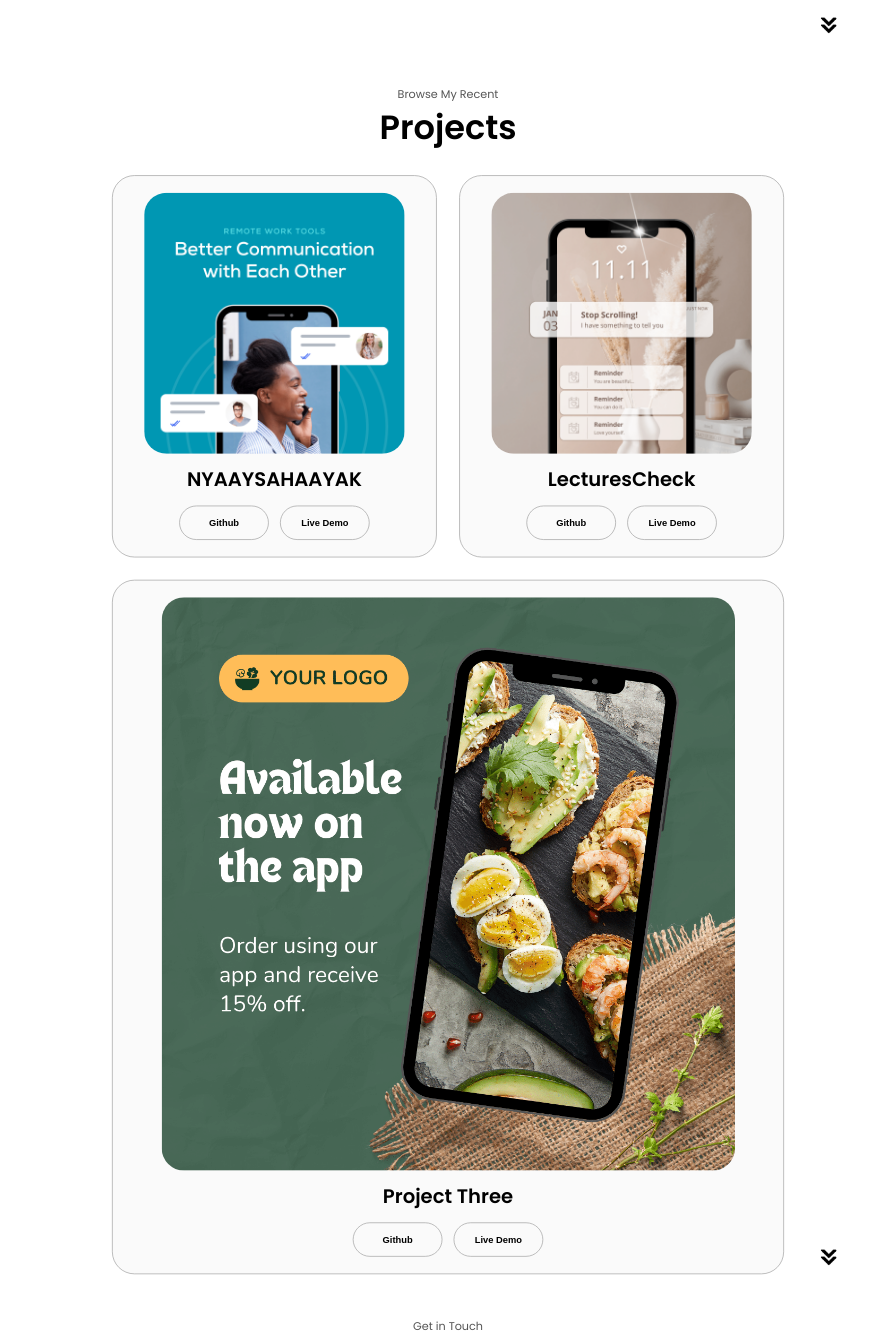
Repository: ARUN-YERRAM/ARUN-YERRAM-PORTFOLIO
Page: portfolio/index.html
The author's editor kept a copy of each file at every save. The page is drawn from the files as they stood at one save, then again after a run of saves.
The browser window is 1280 px wide. The pictures show the part of the page from y = 2106 to 4026 px (the page is 4425 px tall before and 3282 px after), at 70% of full size.

Above is the page before, as saved 2024-07-07 04:06:59.

### portfolio/index.html
<!DOCTYPE html>
<html lang="en">
  <head>
    <meta charset="UTF-8" />
    <meta http-equiv="X-UA-Compatible" content="IE=edge" />
    <meta name="viewport" content="width=device-width, initial-scale=1.0" />
    <title>My Portfolio</title>
    <link rel="stylesheet" href="style.css" />
    <link rel="stylesheet" href="mediaqueries.css" />
  </head>
  <body>
    <nav id="desktop-nav">
      <div class="logo">ARUN YERRAM</div>
      <div>
        <ul class="nav-links">
          <li><a href="#about">About</a></li>
          <li><a href="#experience">Experience</a></li>
          <li><a href="#projects">Projects</a></li>
          <li><a href="#contact">Contact</a></li>
        </ul>
      </div>
    </nav>
    <nav id="hamburger-nav">
      <div class="logo">ARUN YERRAM</div>
      <div class="hamburger-menu">
        <div class="hamburger-icon" onclick="toggleMenu()">
          <span></span>
          <span></span>
          <span></span>
        </div>
        <div class="menu-links">
          <li><a href="#about" onclick="toggleMenu()">About</a></li>
          <li><a href="#experience" onclick="toggleMenu()">Experience</a></li>
          <li><a href="#projects" onclick="toggleMenu()">Projects</a></li>
          <li><a href="#contact" onclick="toggleMenu()">Contact</a></li>
        </div>
      </div>
    </nav>
    <section id="profile">
      <div class="section__pic-container">
        <img src="./assets/profile-pic.png" alt="John Doe profile picture" />
      </div>
      <div class="section__text">
        <p class="section__text__p1">Hello, I'm</p>
        <h1 class="title">ARUN YERRAM</h1>
        <p class="section__text__p2">Frontend Developer</p>
        <div class="btn-container">
          <button
            class="btn btn-color-2"
            onclick="window.open('./assets/resume-example.pdf')"
          >
            Download CV
          </button>
          <button class="btn btn-color-1" onclick="location.href='./#contact'">
            Contact Info
          </button>
        </div>
        <div id="socials-container">
          <img
            src="./assets/linkedin.png"
            alt="My LinkedIn profile"
            class="icon"
            onclick="window.open('https://www.linkedin.com/in/arun-yerram/','_blank')"
          />
          <img
            src="./assets/github.png"
            alt="My Github profile"
            class="icon"
            onclick="location.href='https://github.com/ARUN-YERRAM?tab=repositories'"
          />
        </div>
      </div>
    </section>
    <section id="about">
      <p class="section__text__p1">Get To Know More</p>
      <h1 class="title">About Me</h1>
      <div class="section-container">
        <div class="section__pic-container">
          <img
            src="./assets/Photo1.jpg"
            alt="Profile picture"
            class="about-pic"
          />
        </div>
        <div class="about-details-container">
          <div class="about-containers">
            <div class="details-container">
              <img
                src="./assets/experience.png"
                alt="Experience icon"
                class="icon"
              />
              <h3>Experience</h3>
              <p>2+ years <br />Full Stack Development</p>
            </div>
            <div class="details-container">
              <img
                src="./assets/education.png"
                alt="Education icon"
                class="icon"
              />
              <h3>Education</h3>
              <p>Pursing B.Tech (Bachelors Degree) From Keshav Memorial Institute of Technology <br /></p>
            </div>
          </div>
          <div class="text-container">
            <p>
              I am having keen interest in Problem Solving ,Web Development and eager to learn Data Science and Explore various Tech field.
            </p>
          </div>
        </div>
      </div>
      <img
        src="./assets/arrow.png"
        alt="Arrow icon"
        class="icon arrow"
        onclick="location.href='./#experience'"
      />
    </section>
    <section id="experience">
      <p class="section__text__p1">Explore My</p>
      <h1 class="title">Experience</h1>
      <div class="experience-details-container">
        <div class="about-containers">
          <div class="details-container">
            <h2 class="experience-sub-title">Frontend Development</h2>
            <div class="article-container">
              <article>
                <img
                  src="./assets/checkmark.png"
                  alt="Experience icon"
                  class="icon"
                />
                <div>
                  <h3>HTML</h3>
                  <p>Experienced</p>
                </div>
              </article>
              <article>
                <img
                  src="./assets/checkmark.png"
                  alt="Experience icon"
                  class="icon"
                />
                <div>
                  <h3>CSS</h3>
                  <p>Experienced</p>
                </div>
              </article>
              <article>
                <img
                  src="./assets/checkmark.png"
                  alt="Experience icon"
                  class="icon"
                />
                <div>
                  <h3>JS</h3>
                  <p>Intermediate</p>
                </div>
              </article>
              <article>
                <img
                  src="./assets/checkmark.png"
                  alt="Experience icon"
                  class="icon"
                />
                <div>
                  <h3>React</h3>
                  <p>Intermediate</p>
                </div>
              </article>
              <article>
                <img
                  src="./assets/checkmark.png"
                  alt="Experience icon"
                  class="icon"
                />
                <div>
                  <h3>MongoDb</h3>
                  <p>Intermediate</p>
                </div>
              </article>
              <article>
                <article>
                  <img
                    src="./assets/checkmark.png"
                    alt="Experience icon"
                    class="icon"
                  />
                  <div>
                    <h3>Node JS</h3>
                    <p>Intermediate</p>
                  </div>
                </article>

                <article>
                  <img
                    src="./assets/checkmark.png"
                    alt="Experience icon"
                    class="icon"
                  />
                  <div>
                    <h3>Express JS</h3>
                    <p>Intermediate</p>
                  </div>
                </article>
                <article>
                <article>
                <img
                  src="./assets/checkmark.png"
                  alt="Experience icon"
                  class="icon"
                />
                <div>
                  <h3>Git && Github</h3>
                  <p>Intermediate</p>
                </div>
              </article>
            </div>
          </div>
          <div class="details-container">
            <h2 class="experience-sub-title">DSA and Languages</h2>
            <div class="article-container">
              <article>
                <img
                  src="./assets/checkmark.png"
                  alt="Experience icon"
                  class="icon"
                />
                <div>
                  <h3>CPP</h3>
                  <p>Intermediate</p>
                </div>
              </article>
              <article>
                <img
                  src="./assets/checkmark.png"
                  alt="Experience icon"
                  class="icon"
                />
                <div>
                  <h3>Python</h3>
                  <p>Intermediate</p>
                </div>
              </article>

              <article>
                <img
                  src="./assets/checkmark.png"
                  alt="Experience icon"
                  class="icon"
                />
                <div>
                  <h3>Java</h3>
                  <p>Intermediate</p>
                </div>
              </article>
            </div>
          </div>
        </div>
      </div>
      <img
        src="./assets/arrow.png"
        alt="Arrow icon"
        class="icon arrow"
        onclick="location.href='./#projects'"
      />
    </section>
    <section id="projects">
      <p class="section__text__p1">Browse My Recent</p>
      <h1 class="title">Projects</h1>
      <div class="experience-details-container">
        <div class="about-containers">
          <div class="details-container color-container">
            <div class="article-container">
              <img
                src="./assets/project-1.png"
                alt="Project 1"
                class="project-img"
              />
            </div>
            <h2 class="experience-sub-title project-title">NYAAYSAHAAYAK</h2>
            <div class="btn-container">
              <button
                class="btn btn-color-2 project-btn"
                onclick="location.href='https://github.com/ARUN-YERRAM/NYAAYSAHAAYAK'"
              >
                Github
              </button>
              <button
                class="btn btn-color-2 project-btn"
                onclick="location.href=''"
              >
                Live Demo
              </button>
            </div>
          </div>
          <div class="details-container color-container">
            <div class="article-container">
              <img
                src="./assets/project-2.png"
                alt="Project 2"
                class="project-img"
              />
            </div>
            <h2 class="experience-sub-title project-title">LecturesCheck</h2>
            <div class="btn-container">
              <button
                class="btn btn-color-2 project-btn"
                onclick="location.href='https://github.com/ARUN-YERRAM/LecturesCheck'"
              >
                Github
              </button>
              <button
                class="btn btn-color-2 project-btn"
                onclick="location.href=''"
              >
                Live Demo
              </button>
            </div>
          </div>
          <div class="details-container color-container">
            <div class="article-container">
              <img
                src="./assets/project-3.png"
                alt="Project 3"
                class="project-img"
              />
            </div>
            <h2 class="experience-sub-title project-title">Project Three</h2>
            <div class="btn-container">
              <button
                class="btn btn-color-2 project-btn"
                onclick="location.href='https://github.com/'"
              >
                Github
              </button>
              <button
                class="btn btn-color-2 project-btn"
                onclick="location.href='https://github.com/'"
              >
                Live Demo
              </button>
            </div>
          </div>
        </div>
      </div>
      <img
        src="./assets/arrow.png"
        alt="Arrow icon"
        class="icon arrow"
        onclick="location.href='./#contact'"
      />
    </section>
    <section id="contact">
      <p class="section__text__p1">Get in Touch</p>
      <h1 class="title">Contact Me</h1>
      <div class="contact-info-upper-container">
        <div class="contact-info-container">
          <img
            src="./assets/email.png"
            alt="Email icon"
            class="icon contact-icon email-icon"
          />
          <p><a href="mailto:examplemail@gmail.com">Example@gmail.com</a></p>
        </div>
        <div class="contact-info-container">
          <img
            src="./assets/linkedin.png"
            alt="LinkedIn icon"
            class="icon contact-icon"
          />
          <p><a href="https://www.linkedin.com">LinkedIn</a></p>
        </div>
      </div>
    </section>
    <footer>
      <nav>
        <div class="nav-links-container">
          <ul class="nav-links">
            <li><a href="#about">About</a></li>
            <li><a href="#experience">Experience</a></li>
            <li><a href="#projects">Projects</a></li>
            <li><a href="#contact">Contact</a></li>
          </ul>
        </div>
      </nav>
      <p>Copyright &#169; 2023 John Doe. All Rights Reserved.</p>
    </footer>
    <script src="script.js"></script>
  </body>
</html>

### portfolio/style.css
/* GENERAL */

@import url("https://fonts.googleapis.com/css2?family=Poppins:wght@300;400;500;600&display=swap");

* {
  margin: 0;
  padding: 0;
}

body {
  font-family: "Poppins", sans-serif;
}

html {
  scroll-behavior: smooth;
}

p {
  color: rgb(85, 85, 85);
}

/* TRANSITION */

a,
.btn {
  transition: all 300ms ease;
}

/* DESKTOP NAV */

nav,
.nav-links {
  display: flex;
}

nav {
  justify-content: space-around;
  align-items: center;
  height: 17vh;
}

.nav-links {
  gap: 2rem;
  list-style: none;
  font-size: 1.5rem;
}

a {
  color: black;
  text-decoration: none;
  text-decoration-color: white;
}

a:hover {
  color: grey;
  text-decoration: underline;
  text-underline-offset: 1rem;
  text-decoration-color: rgb(181, 181, 181);
}

.logo {
  font-size: 2rem;
}

.logo:hover {
  cursor: default;
}

/* HAMBURGER MENU */

#hamburger-nav {
  display: none;
}

.hamburger-menu {
  position: relative;
  display: inline-block;
}

.hamburger-icon {
  display: flex;
  flex-direction: column;
  justify-content: space-between;
  height: 24px;
  width: 30px;
  cursor: pointer;
}

.hamburger-icon span {
  width: 100%;
  height: 2px;
  background-color: black;
  transition: all 0.3 ease-in-out;
}

.menu-links {
  position: absolute;
  top: 100%;
  right: 0;
  background-color: white;
  width: fit-content;
  max-height: 0;
  overflow: hidden;
  transition: all 0.3 ease-in-out;
}

.menu-links a {
  display: block;
  padding: 10px;
  text-align: center;
  font-size: 1.5rem;
  color: black;
  text-decoration: none;
  transition: all 0.3 ease-in-out;
}

.menu-links li {
  list-style: none;
}

.menu-links.open {
  max-height: 300px;
}

.hamburger-icon.open span:first-child {
  transform: rotate(45deg) translate(10px, 5px);
}

.hamburger-icon.open span:nth-child(2) {
  opacity: 0;
}

.hamburger-icon.open span:last-child {
  transform: rotate(-45deg) translate(10px, -5px);
}

.hamburger-icon span:first-child {
  transform: none;
}

.hamburger-icon span:first-child {
  opacity: 1;
}

.hamburger-icon span:first-child {
  transform: none;
}

/* SECTIONS */

section {
  padding-top: 4vh;
  height: 96vh;
  margin: 0 10rem;
  box-sizing: border-box;
  min-height: fit-content;
}

.section-container {
  display: flex;
}

/* PROFILE SECTION */

#profile {
  display: flex;
  justify-content: center;
  gap: 5rem;
  height: 80vh;
}

.section__pic-container {
  display: flex;
  height: 400px;
  width: 400px;
  margin: auto 0;
}

.section__text {
  align-self: center;
  text-align: center;
}

.section__text p {
  font-weight: 600;
}

.section__text__p1 {
  text-align: center;
}

.section__text__p2 {
  font-size: 1.75rem;
  margin-bottom: 1rem;
}

.title {
  font-size: 3rem;
  text-align: center;
}

#socials-container {
  display: flex;
  justify-content: center;
  margin-top: 1rem;
  gap: 1rem;
}

/* ICONS */

.icon {
  cursor: pointer;
  height: 2rem;
}

/* BUTTONS */

.btn-container {
  display: flex;
  justify-content: center;
  gap: 1rem;
}

.btn {
  font-weight: 600;
  transition: all 300ms ease;
  padding: 1rem;
  width: 8rem;
  border-radius: 2rem;
}

.btn-color-1,
.btn-color-2 {
  border: rgb(53, 53, 53) 0.1rem solid;
}

.btn-color-1:hover,
.btn-color-2:hover {
  cursor: pointer;
}

.btn-color-1,
.btn-color-2:hover {
  background: rgb(53, 53, 53);
  color: white;
}

.btn-color-1:hover {
  background: rgb(0, 0, 0);
}

.btn-color-2 {
  background: none;
}

.btn-color-2:hover {
  border: rgb(255, 255, 255) 0.1rem solid;
}

.btn-container {
  gap: 1rem;
}

/* ABOUT SECTION */

#about {
  position: relative;
}

.about-containers {
  gap: 2rem;
  margin-bottom: 2rem;
  margin-top: 2rem;
}

.about-details-container {
  justify-content: center;
  flex-direction: column;
}

.about-containers,
.about-details-container {
  display: flex;
}

.about-pic {
  border-radius: 2rem;
}

.arrow {
  position: absolute;
  right: -5rem;
  bottom: 2.5rem;
}

.details-container {
  padding: 1.5rem;
  flex: 1;
  background: white;
  border-radius: 2rem;
  border: rgb(53, 53, 53) 0.1rem solid;
  border-color: rgb(163, 163, 163);
  text-align: center;
}

.section-container {
  gap: 4rem;
  height: 80%;
}

.section__pic-container {
  height: 400px;
  width: 400px;
  margin: auto 0;
}

/* EXPERIENCE SECTION */

#experience {
  position: relative;
}

.experience-sub-title {
  color: rgb(85, 85, 85);
  font-weight: 600;
  font-size: 1.75rem;
  margin-bottom: 2rem;
}

.experience-details-container {
  display: flex;
  justify-content: center;
  flex-direction: column;
}

.article-container {
  display: flex;
  text-align: initial;
  flex-wrap: wrap;
  flex-direction: row;
  gap: 2.5rem;
  justify-content: space-around;
}

article {
  display: flex;
  width: 10rem;
  justify-content: space-around;
  gap: 0.5rem;
}

article .icon {
  cursor: default;
}

/* PROJECTS SECTION */

#projects {
  position: relative;
}

.color-container {
  border-color: rgb(163, 163, 163);
  background: rgb(250, 250, 250);
}

.project-img {
  border-radius: 2rem;
  width: 90%;
  height: 90%;
}

.project-title {
  margin: 1rem;
  color: black;
}

.project-btn {
  color: black;
  border-color: rgb(163, 163, 163);
}

/* CONTACT */

#contact {
  display: flex;
  justify-content: center;
  flex-direction: column;
  height: 70vh;
}

.contact-info-upper-container {
  display: flex;
  justify-content: center;
  border-radius: 2rem;
  border: rgb(53, 53, 53) 0.1rem solid;
  border-color: rgb(163, 163, 163);
  background: (250, 250, 250);
  margin: 2rem auto;
  padding: 0.5rem;
}

.contact-info-container {
  display: flex;
  align-items: center;
  justify-content: center;
  gap: 0.5rem;
  margin: 1rem;
}

.contact-info-container p {
  font-size: larger;
}

.contact-icon {
  cursor: default;
}

.email-icon {
  height: 2.5rem;
}

/* FOOTER SECTION */

footer {
  height: 26vh;
  margin: 0 1rem;
}

footer p {
  text-align: center;
}

### portfolio/mediaqueries.css
@media screen and (max-width: 1400px) {
  #profile {
    height: 83vh;
    margin-bottom: 6rem;
  }
  .about-containers {
    flex-wrap: wrap;
  }
  #contact,
  #projects {
    height: fit-content;
  }
}

@media screen and (max-width: 1200px) {
  #desktop-nav {
    display: none;
  }
  #hamburger-nav {
    display: flex;
  }
  #experience,
  .experience-details-container {
    margin-top: 2rem;
  }
  #profile,
  .section-container {
    display: block;
  }
  .arrow {
    display: none;
  }
  section,
  .section-container {
    height: fit-content;
  }
  section {
    margin: 0 5%;
  }
  .section__pic-container {
    width: 275px;
    height: 275px;
    margin: 0 auto 2rem;
  }
  .about-containers {
    margin-top: 0;
  }
}

@media screen and (max-width: 600px) {
  #contact,
  footer {
    height: 40vh;
  }
  #profile {
    height: 83vh;
    margin-bottom: 0;
  }
  article {
    font-size: 1rem;
  }
  footer nav {
    height: fit-content;
    margin-bottom: 2rem;
  }
  .about-containers,
  .contact-info-upper-container,
  .btn-container {
    flex-wrap: wrap;
  }
  .contact-info-container {
    margin: 0;
  }
  .contact-info-container p,
  .nav-links li a {
    font-size: 1rem;
  }
  .experience-sub-title {
    font-size: 1.25rem;
  }
  .logo {
    font-size: 1.5rem;
  }
  .nav-links {
    flex-direction: column;
    gap: 0.5rem;
    text-align: center;
  }
  .section__pic-container {
    width: auto;
    height: 46vw;
    justify-content: center;
  }
  .section__text__p2 {
    font-size: 1.25rem;
  }
  .title {
    font-size: 2rem;
  }
  .text-container {
    text-align: justify;
  }
}

Loaded but not shown: portfolio/script.js (common file)

After the next 2 saves:
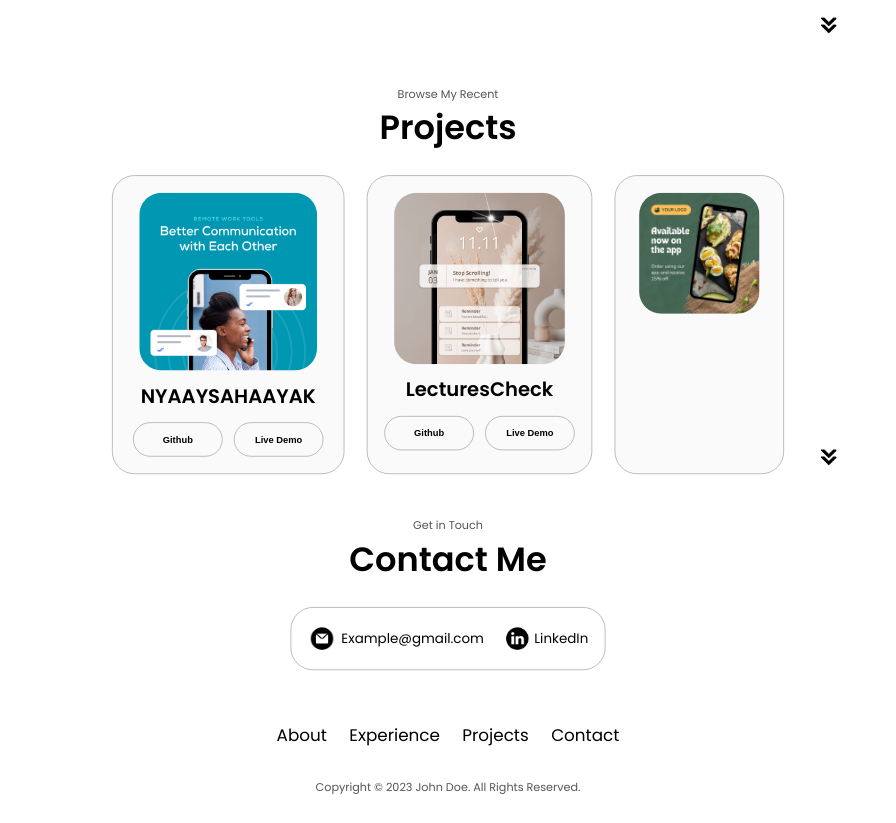
The 2 saves are shown as one change because they came seconds apart.
The last was saved 17 s later.
--- a/portfolio/index.html
+++ b/portfolio/index.html
@@ -327,21 +327,6 @@
                 class="project-img"
               />
             </div>
-            <h2 class="experience-sub-title project-title">Project Three</h2>
-            <div class="btn-container">
-              <button
-                class="btn btn-color-2 project-btn"
-                onclick="location.href='https://github.com/'"
-              >
-                Github
-              </button>
-              <button
-                class="btn btn-color-2 project-btn"
-                onclick="location.href='https://github.com/'"
-              >
-                Live Demo
-              </button>
-            </div>
           </div>
         </div>
       </div>
